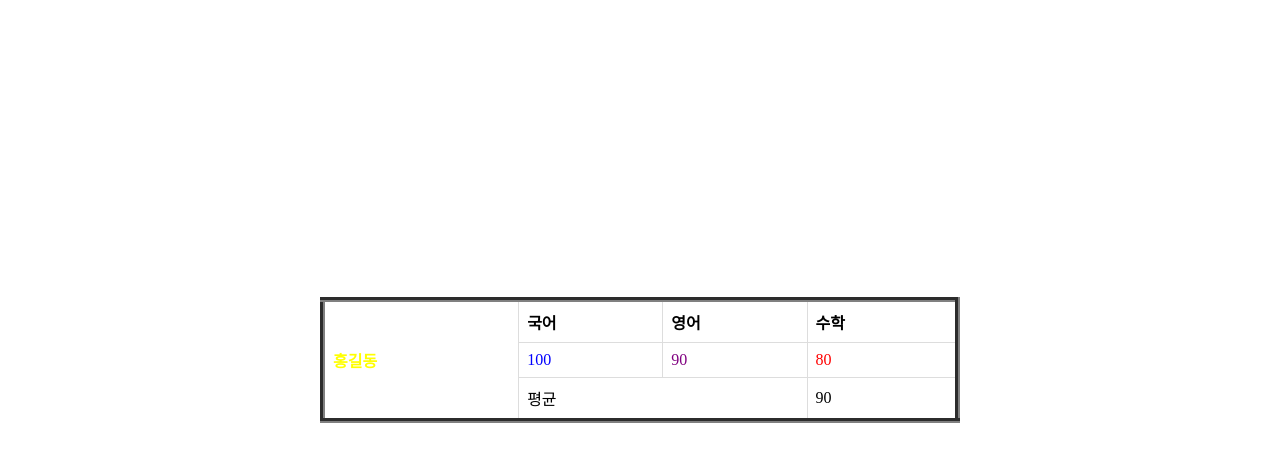
Repository: tjdwlsaos22/TJ_JSP
Page: jsp/HTML/src/main/webapp/Lec04.html
These files come from the project's save history. The page is drawn as it stood at one moment and after the next save; the edit follows.
The browser window is 1280 px wide. The pictures show the whole page.

Above is the page before, as saved 2024-01-17 03:20:44.

After the next save:
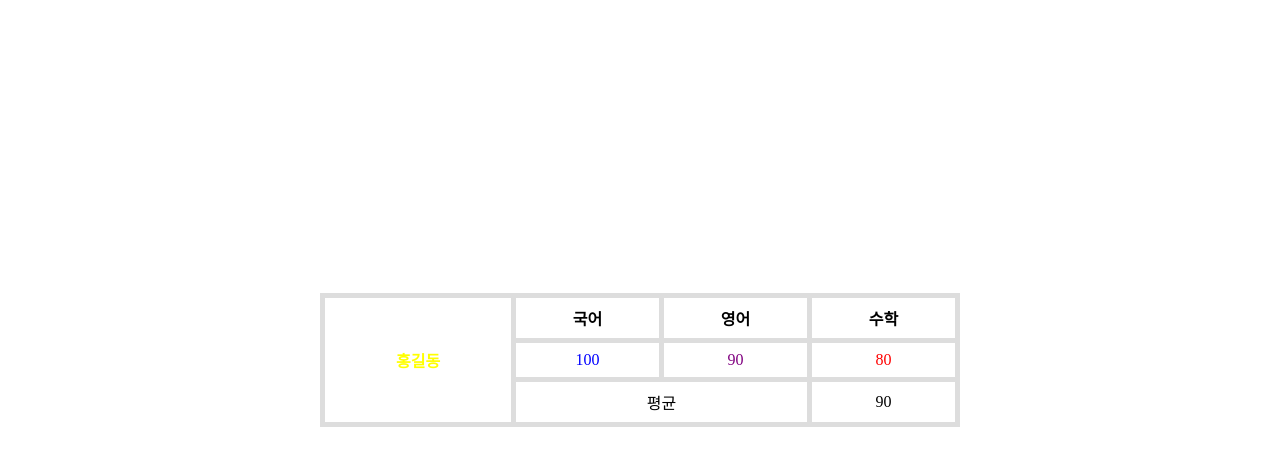
Saved 20 s later.
--- a/jsp/HTML/src/main/webapp/Lec04.html
+++ b/jsp/HTML/src/main/webapp/Lec04.html
@@ -20,9 +20,9 @@
     	}
 
     	th, td {
-     	border: 1px solid #ddd;
+     	border: 5px solid #ddd;
       	padding: 8px;
-     	text-align: left;
+     	text-align: center;
     }
   </style>
 	</head>
